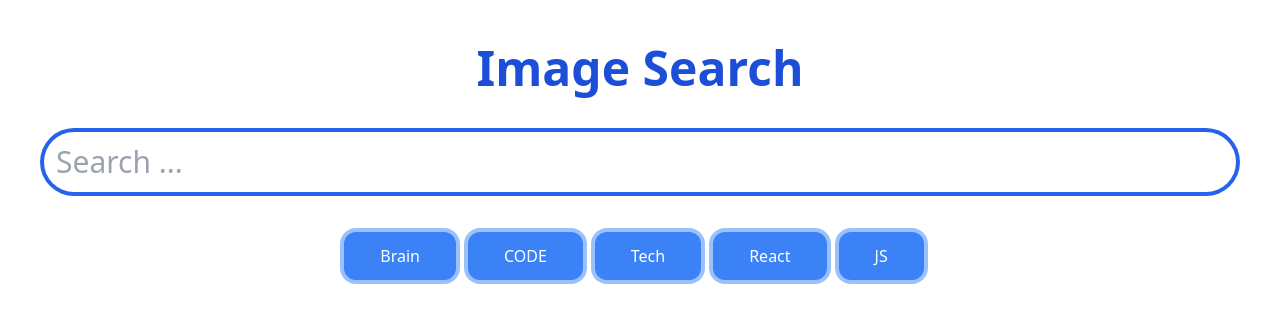
Repository: rkrukshan/react-image-gallery
Page: /
The author's editor kept a copy of each file at every save. The page is drawn from the files as they stood at one save, then again after the next save.
The browser window is 1280 px wide. The pictures show the whole page.
The project was rebuilt for these pictures with package versions that can differ from the ones it lists, and the page was loaded fresh each time. Also part of the build but not shown: vite.config.js.

Above is the page before, as saved 2025-01-07 13:07:48.

After the next save:
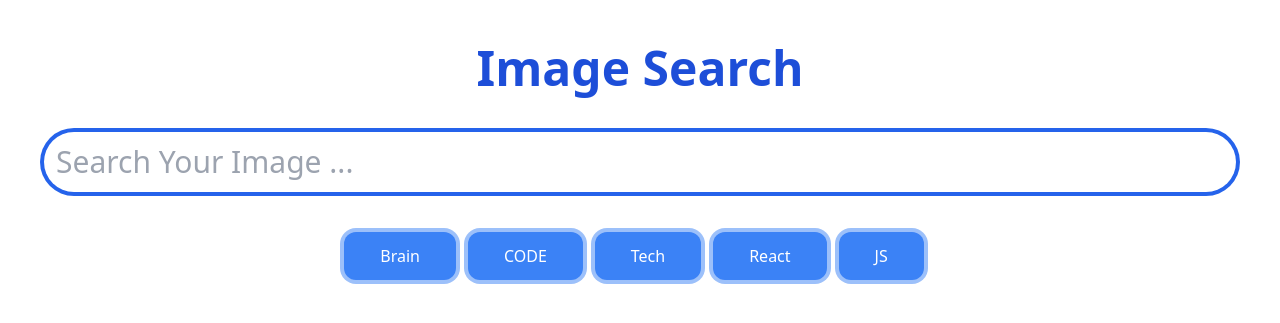
Saved 16 s later.
--- a/src/assets/components/Gallery.jsx
+++ b/src/assets/components/Gallery.jsx
@@ -7,7 +7,7 @@ export default function Gallery() {
       <div className="mt-10 text-3xl text-center">
         <input
           type="search"
-          placeholder="Search ..."
+          placeholder="Search Your Image ..."
           className="w-full rounded-full ring-4 ring-blue-600 p-3"
         />
       </div>
